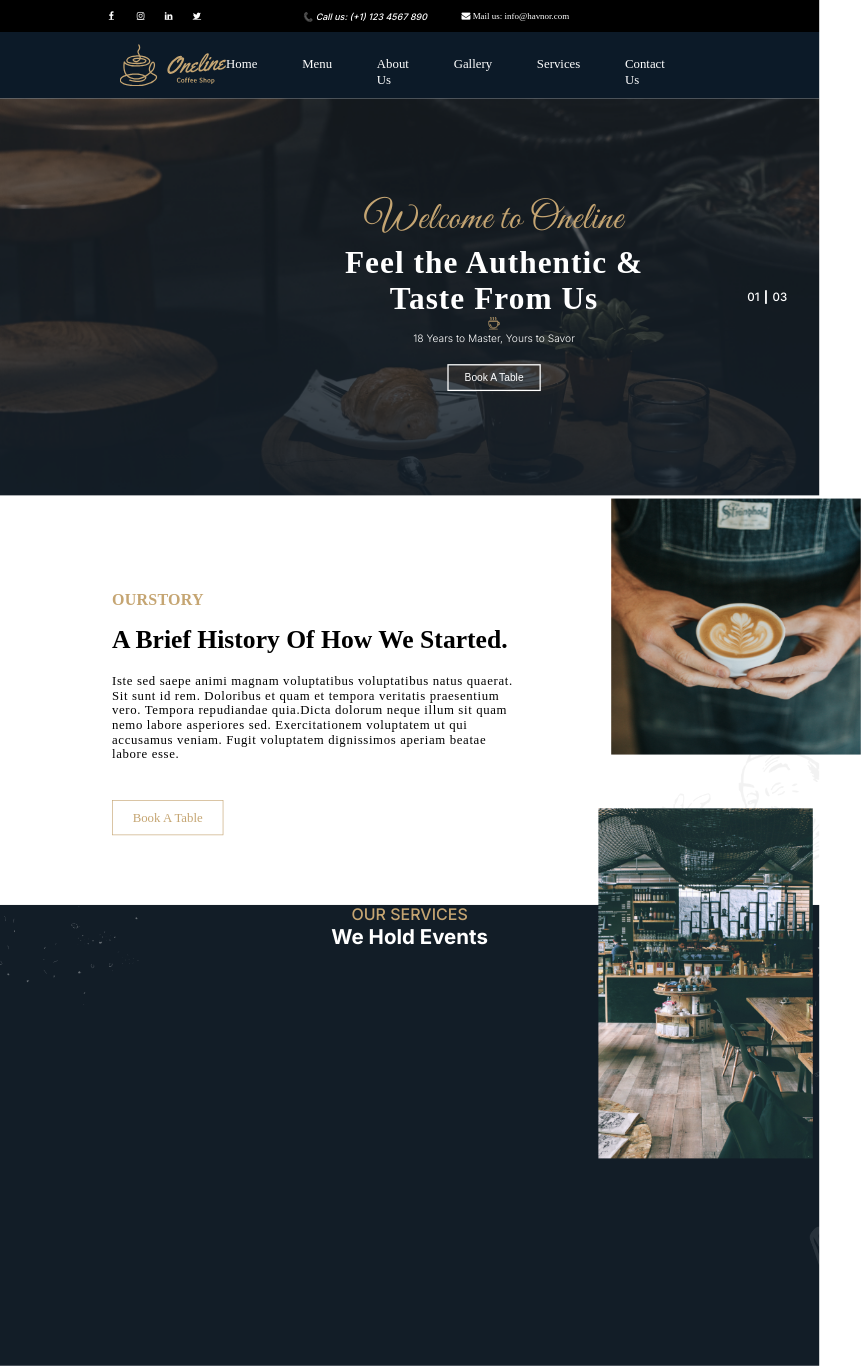
Repository: abhayzulasana/Online-Coffee-Shop
Page: index.html
An editor plug-in stored every save of this project. The page is shown before and after the next save, followed by the edit.
The browser window is 1280 px wide. The page is 1345 px wide, so the pictures cover 1345 px, including what lies to the right of the window. The pictures show the whole page, at 64% of full size.

Above is the page before, as saved 2025-05-21 13:52:20.

After the next save:
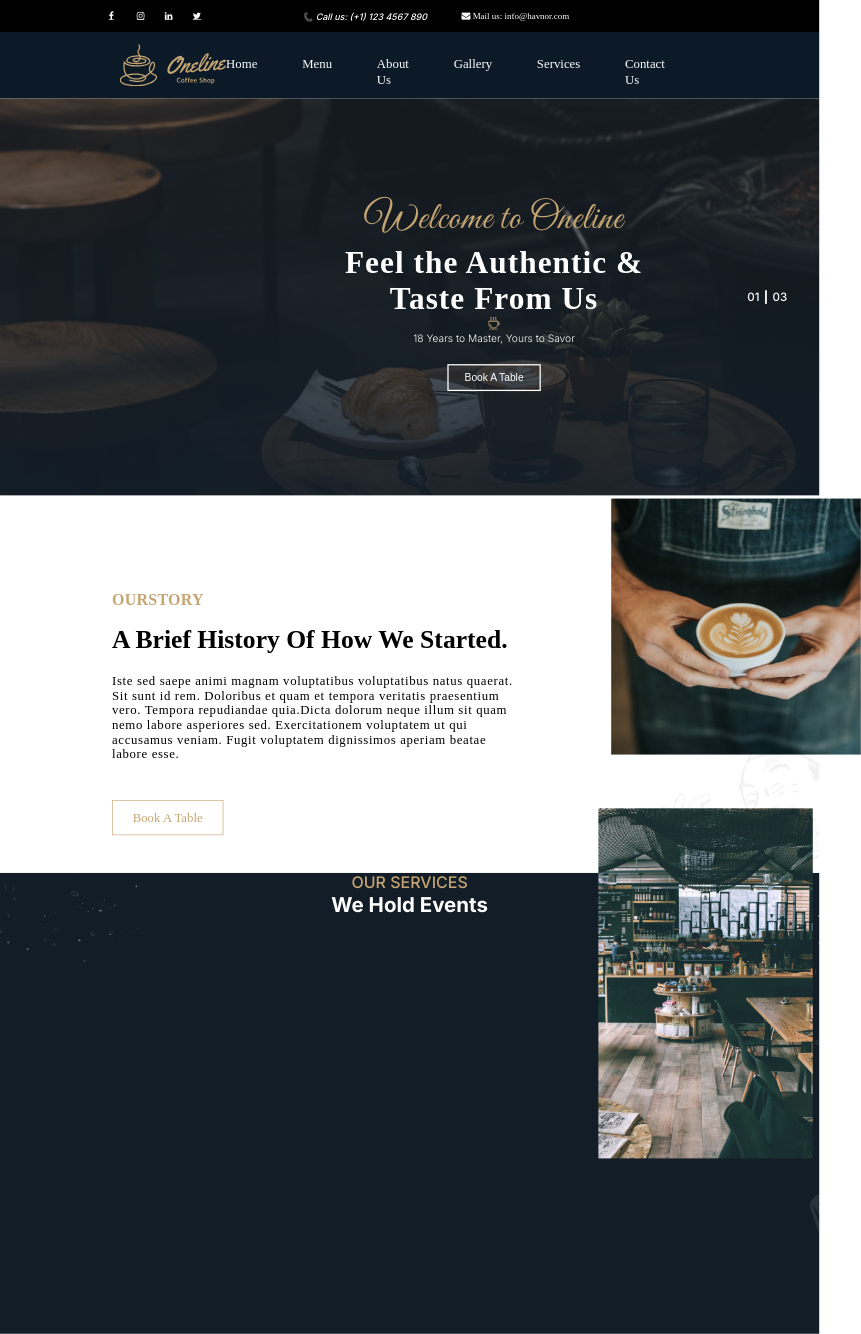
Saved 8 s later.
--- a/style.css
+++ b/style.css
@@ -289,5 +289,5 @@
 .section-title{
   color:#C5A572;
   font-size: 25px;
-  margin-top: 50px;
-}
+  margin-top: px;
+}

After the 5 saves that followed:
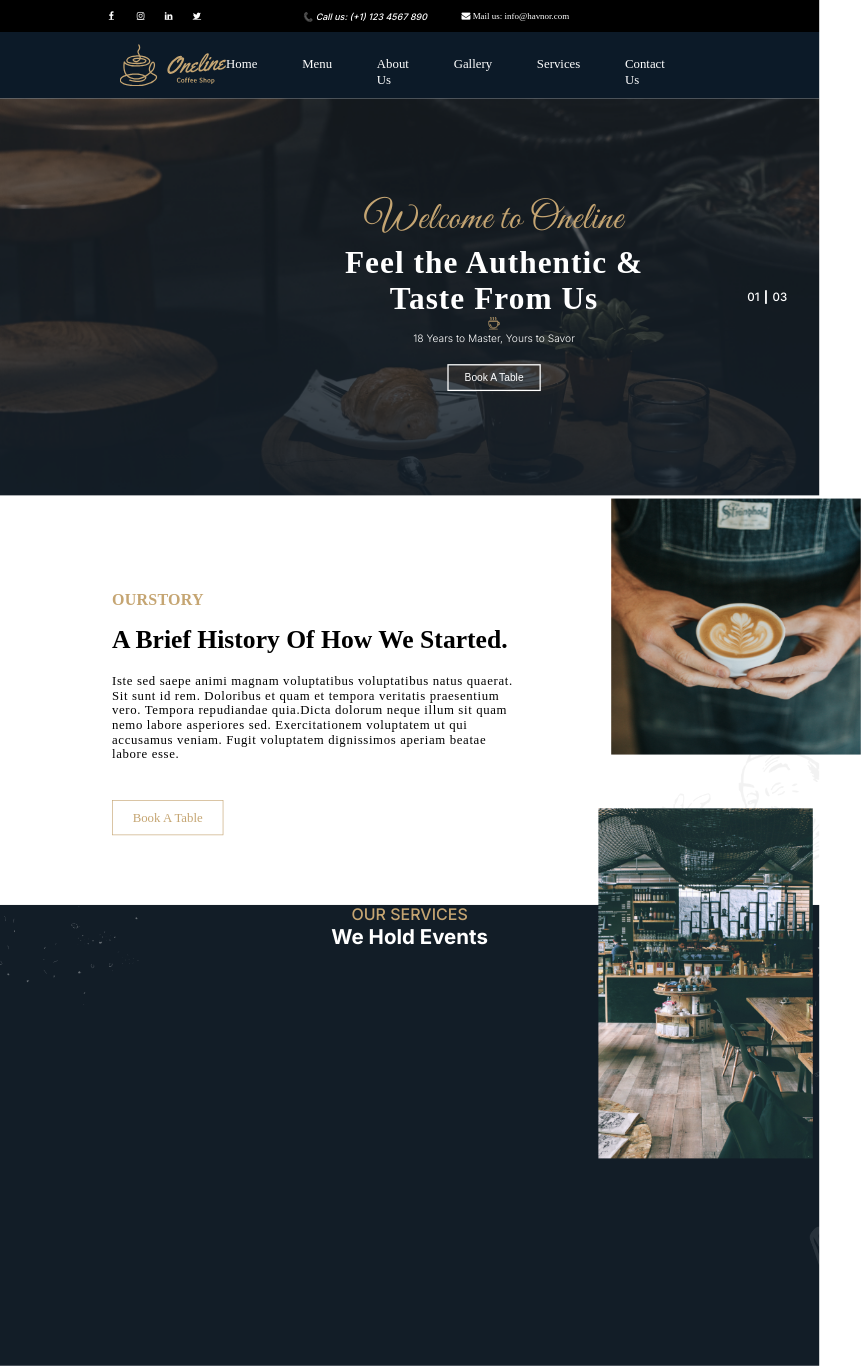
The 5 saves are shown as one change because 1 left the picture as it was and some came seconds apart.
The last was saved 34 s later.
--- a/style.css
+++ b/style.css
@@ -287,7 +287,8 @@
 }
 
 .section-title{
+  height: auto;
   color:#C5A572;
   font-size: 25px;
-  margin-top: px;
-}
+  margin-top: 50px;
+}
